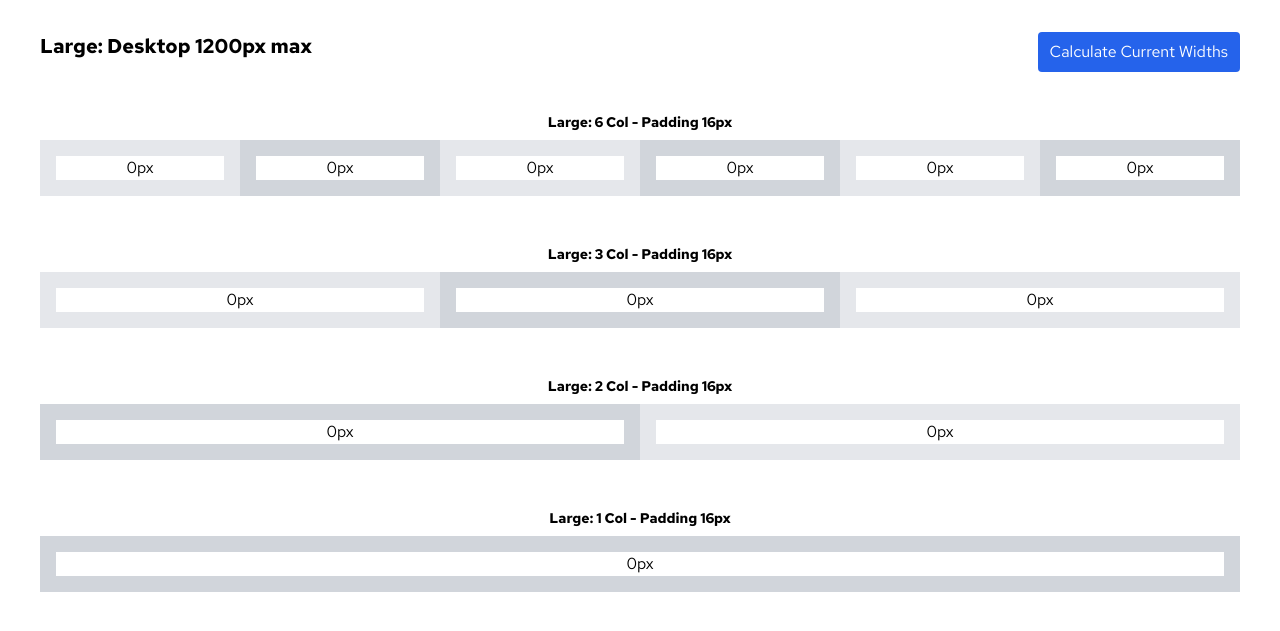
Repository: fabianwurk/vue-tailwind
Page: /
An editor plug-in stored every save of this project. The page is shown before and after the next save, followed by the edit.
The browser window is 1280 px wide. The pictures show the whole page.
The project was rebuilt for these pictures with package versions that can differ from the ones it lists, and the page was loaded fresh each time. Also part of the build but not shown: vite.config.js.

Above is the page before, as saved 2021-03-16 22:40:17.

After the next save:
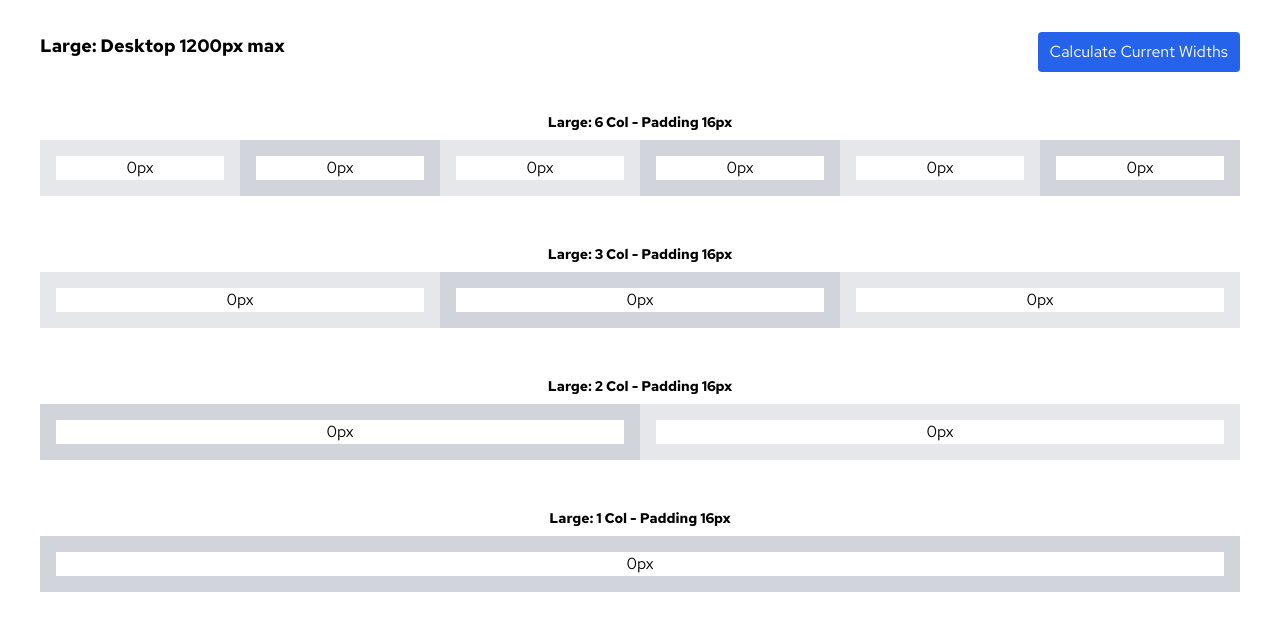
Saved 88 s later.
--- a/src/components/Large.vue
+++ b/src/components/Large.vue
@@ -3,7 +3,7 @@
 
     <div class="container mx-auto">
       <div class="flex flex-wrap justify-between px-4 lg:px-0">
-        <h1 class="text-xl font-bold mb-2 mt-8 text-center">Large: Desktop 1200px max</h1>
+        <h1 class="text-lg font-bold mb-2 mt-8 text-center">Large: Desktop 1200px max</h1>
         <button class="bg-blue-600 hover:bg-blue-800 text-white px-3 py-2 mt-8 mb-2 rounded" @click="calculateWidth()">Calculate Current Widths</button>
       </div>
     </div>
